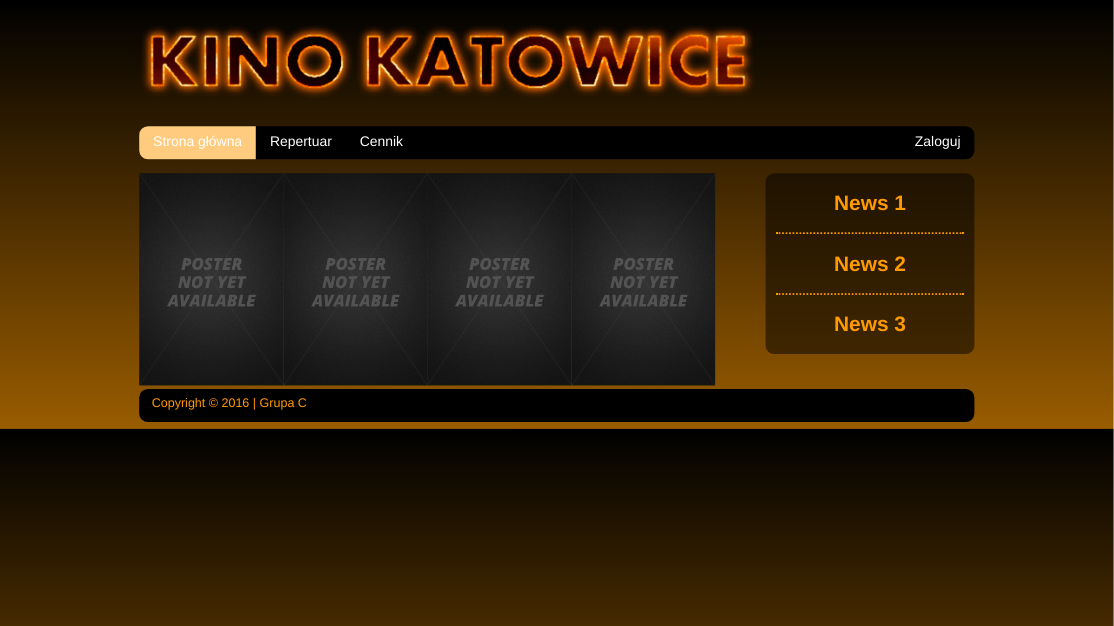
Repository: Gate4/Grupa-C
Page: http://localhost/KinoWebApp/WEB-INF/jsp/welcome.jsp
The author's editor kept a copy of each file at every save. The page is drawn from the files as they stood at one save, then again after the next save.
The browser window is 1280 px wide. The pictures show the whole page, at 87% of full size.
Some web libraries are served in a nearby version. The page is served by Tomcat 9. Nobody is signed in. The template is opened directly, without the code that normally fills it, so the values that code supplies are empty.

Above is the page before, as saved 2016-04-21 21:21:54.

After the next save:
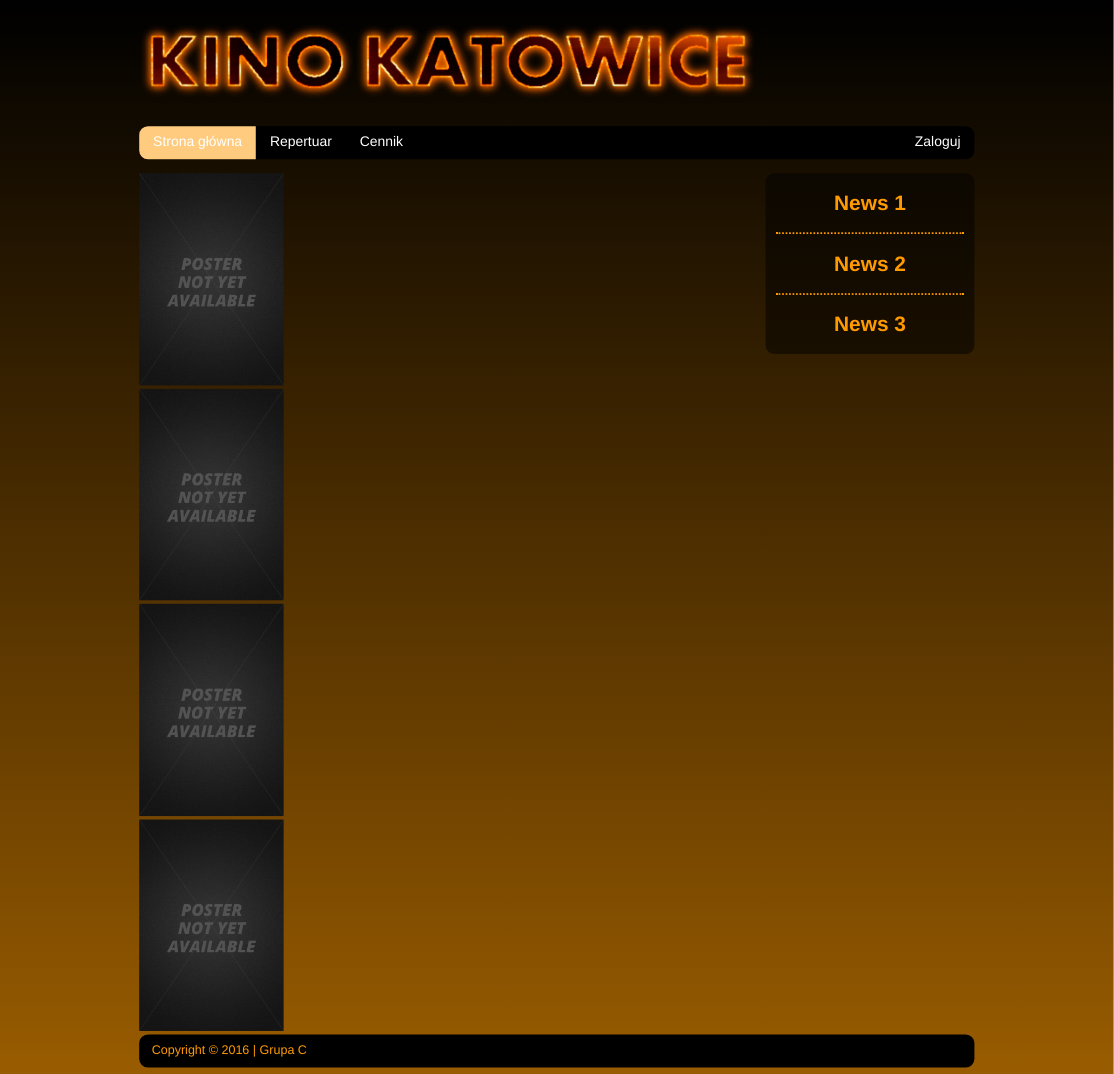
Saved 87 s later.
--- a/KinoWebApp/WebContent/resources/style.css
+++ b/KinoWebApp/WebContent/resources/style.css
@@ -95,6 +95,7 @@
 }
 
 .tile{
+	float: none;
 	width: 23%;
 }
 

After the save that followed:
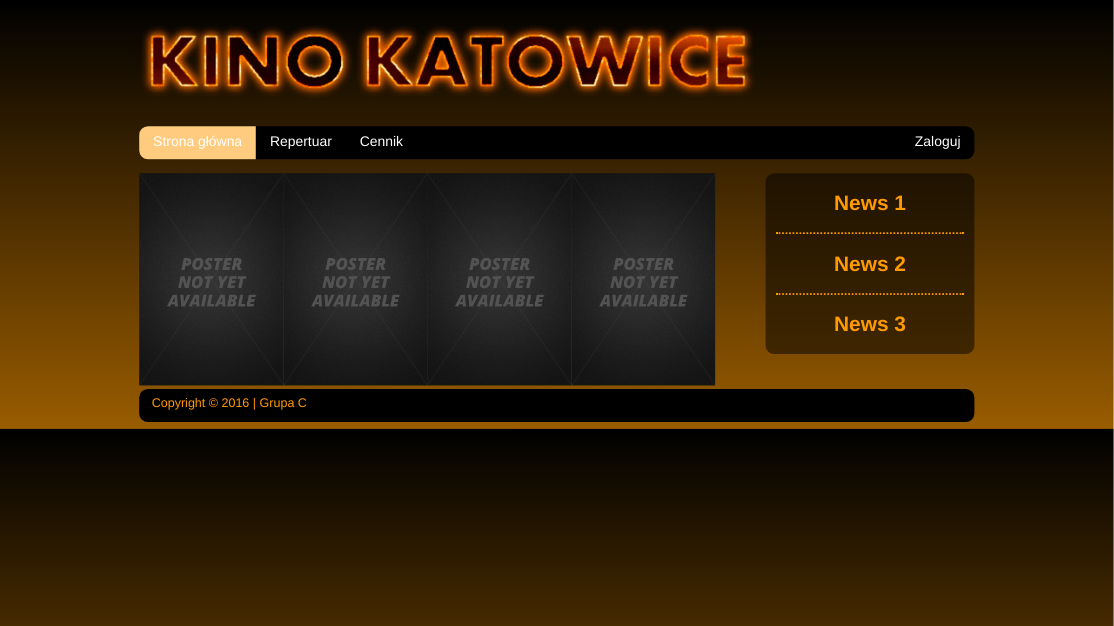
Saved 12 s later.
--- a/KinoWebApp/WebContent/resources/style.css
+++ b/KinoWebApp/WebContent/resources/style.css
@@ -95,7 +95,6 @@
 }
 
 .tile{
-	float: none;
 	width: 23%;
 }
 
